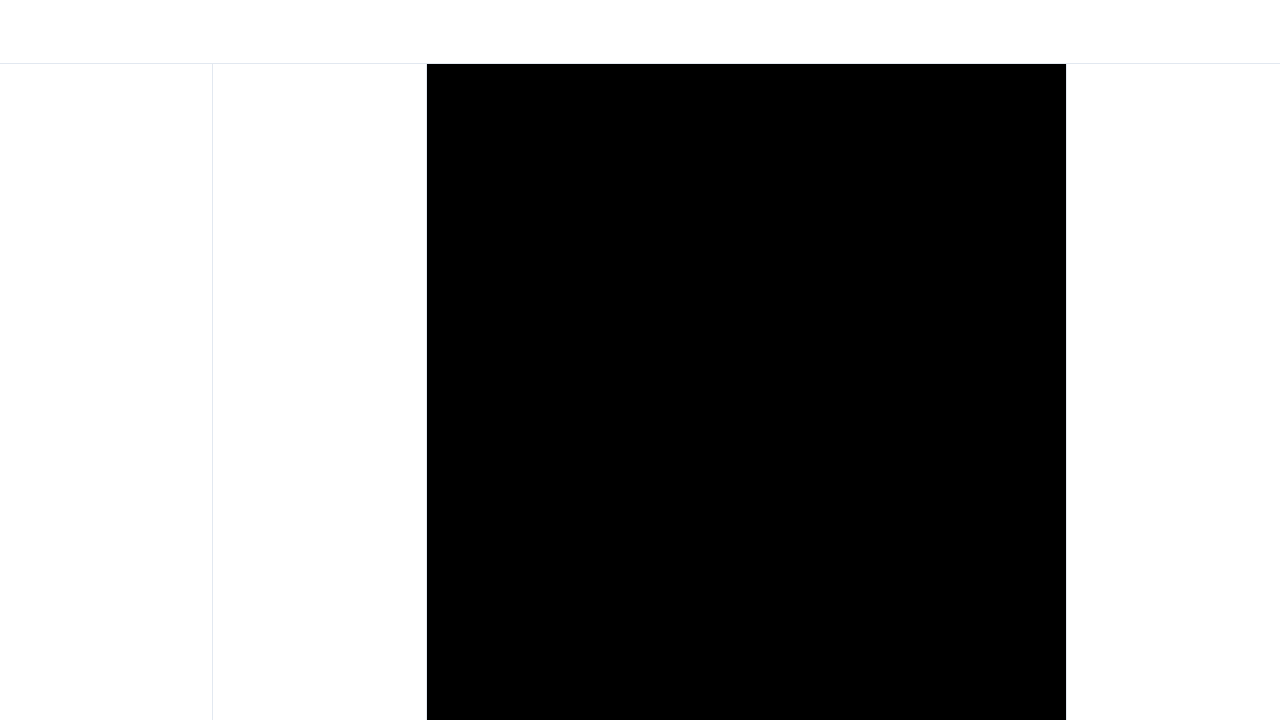
Repository: VictorJPimentel/Resume-Matcher
Page: / (app in frontend/)
The author's editor kept a copy of each file at every save. The page is drawn from the files as they stood at one save, then again after the next save.
The browser window is 1280 px wide. The pictures show the whole page.
The project was rebuilt for these pictures with package versions that can differ from the ones it lists, and the page was loaded fresh each time. Also part of the build but not shown: frontend/src/components/FileUpload.jsx.

Above is the page before, as saved 2022-08-09 20:02:32.

After the next save:
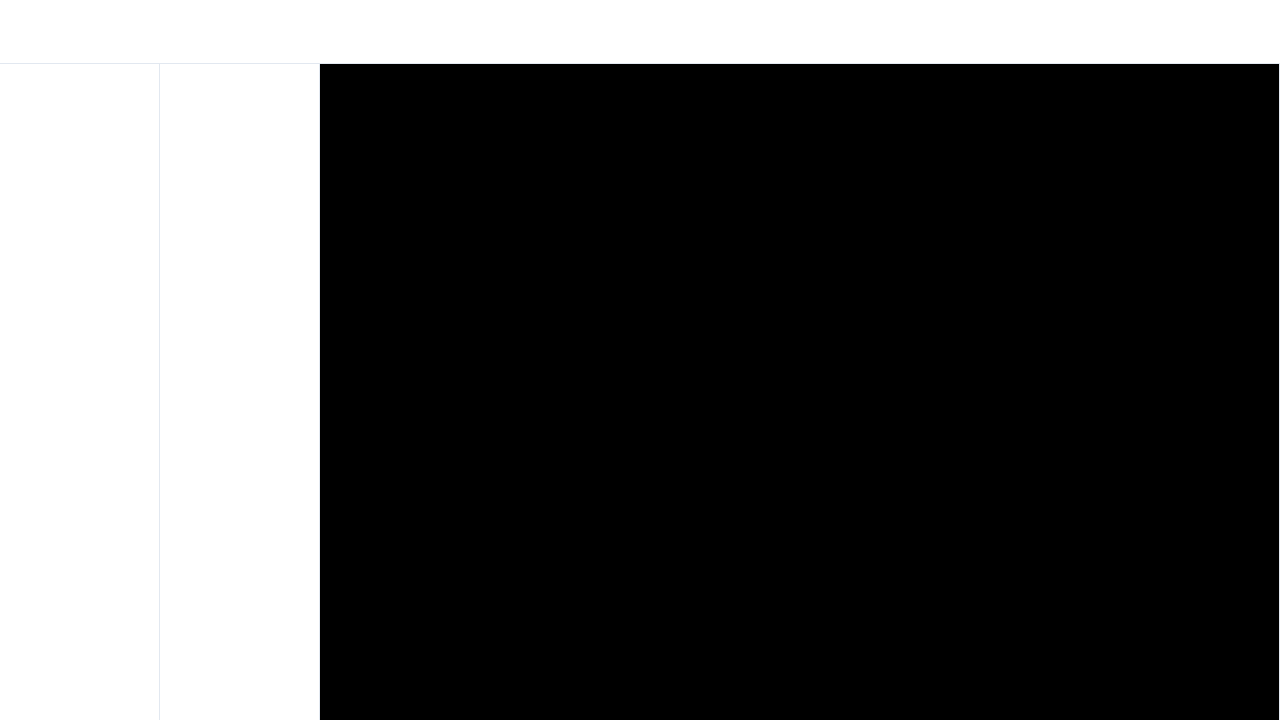
Saved 21 s later.
--- a/frontend/src/components/Resume.jsx
+++ b/frontend/src/components/Resume.jsx
@@ -3,7 +3,7 @@ import React, { useState, useEffect, useRef } from "react";
 function Resume() {
   return (
     <div
-      className="flex flex-col z-40 left-0 top-0 h-full no-scrollbar w-3/6 border-r border-slate-200 bg-black
+      className="flex flex-col z-40 left-0 top-0 h-full no-scrollbar w-full border-r border-slate-200 bg-black
        "
     ></div>
   );
